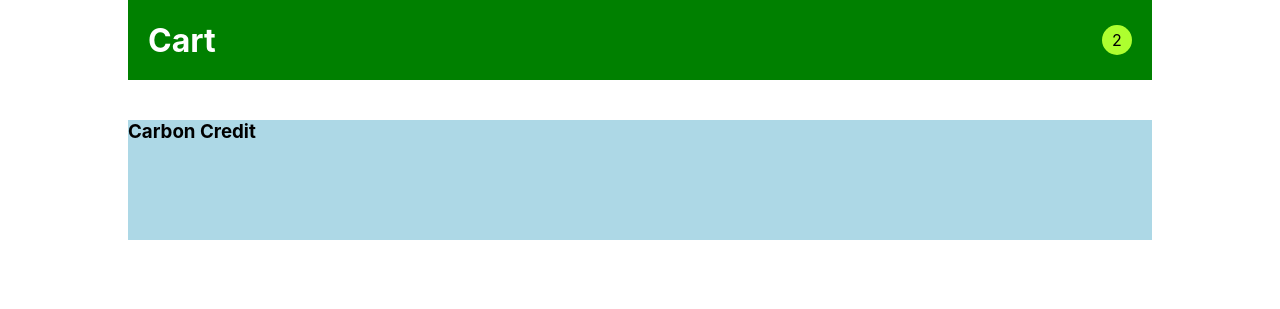
Repository: Yowani24/CarbonApp
Page: /cart
The author's editor kept a copy of each file at every save. The page is drawn from the files as they stood at one save, then again after the next save.
The browser window is 1280 px wide. The pictures show the whole page.
The project was rebuilt for these pictures with package versions that can differ from the ones it lists, and the page was loaded fresh each time. The framework's server and built-in components were replaced by stand-ins that run in the browser. Also part of the build but not shown: next.config.js.

Above is the page before, as saved 2021-09-26 20:16:02.

After the next save:
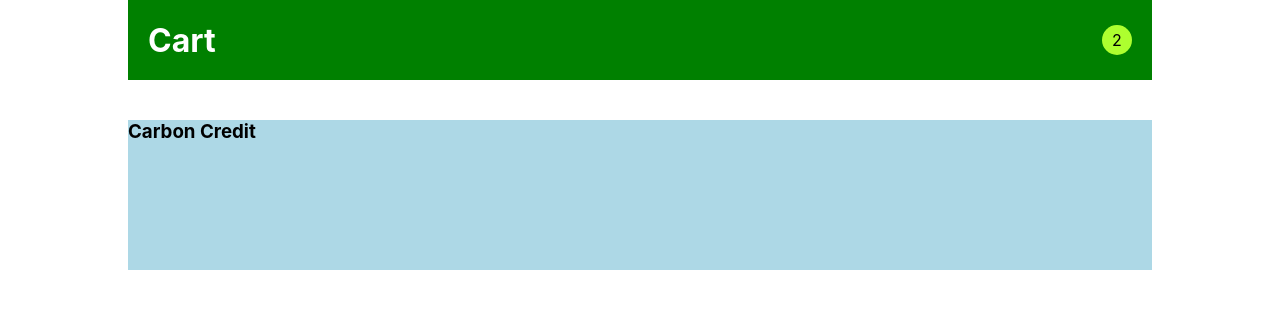
Saved 6 s later.
--- a/pages/cart/Cart.module.css
+++ b/pages/cart/Cart.module.css
@@ -29,6 +29,6 @@
 }
 .content_box{
     width: 100%;
-    height: 120px;
+    height: 150px;
     background:lightblue;
 }
